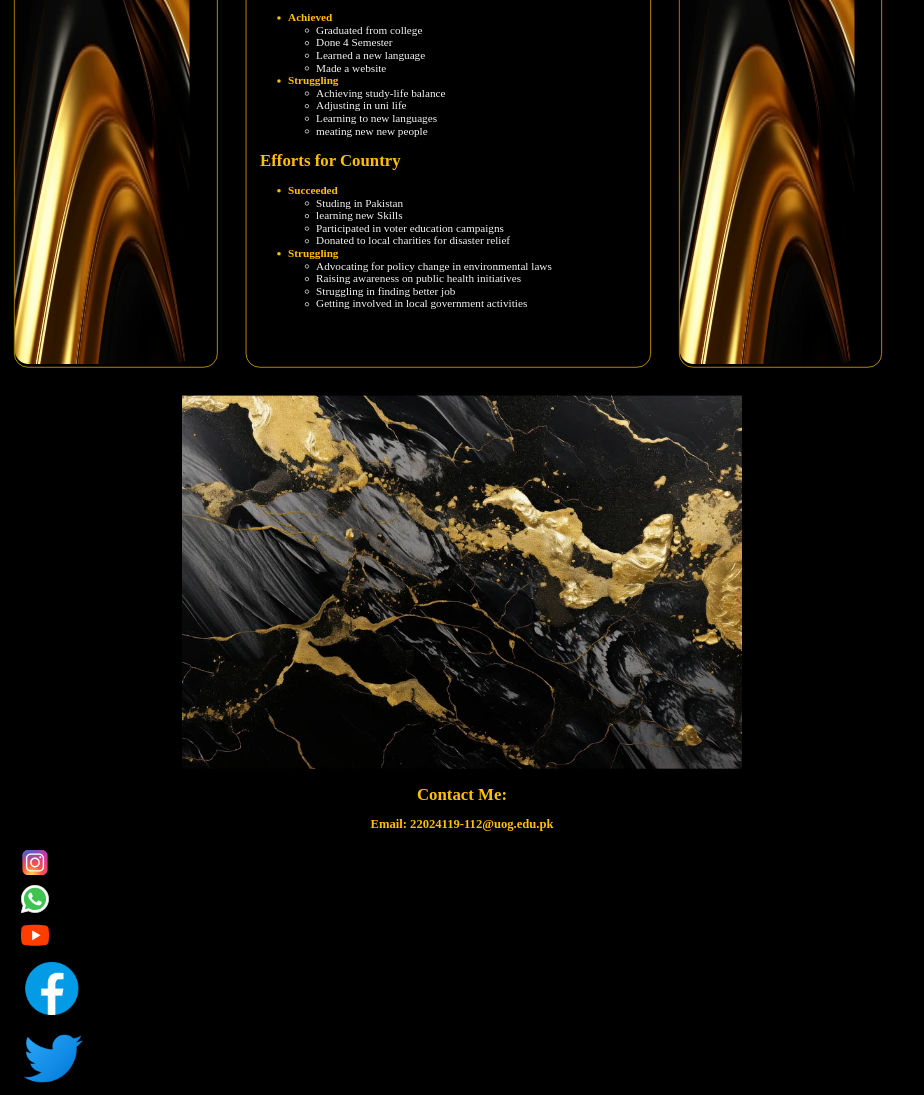
Repository: Fizza-112/project
Page: /
These files come from the project's save history. The page is drawn as it stood at one moment and after the next save; the edit follows.
The browser window is 1280 px wide. The page is 1320 px wide, so the pictures cover 1320 px, including what lies to the right of the window. The pictures show the part of the page from y = 1063 to 2943 px (the page is 2627 px tall before and 2943 px after), at 70% of full size.
The project was rebuilt for these pictures with package versions that can differ from the ones it lists, and the page was loaded fresh each time. Also part of the build but not shown: vite.config.ts.

Above is the page before, as saved 2024-09-20 13:30:41.

After the next save:
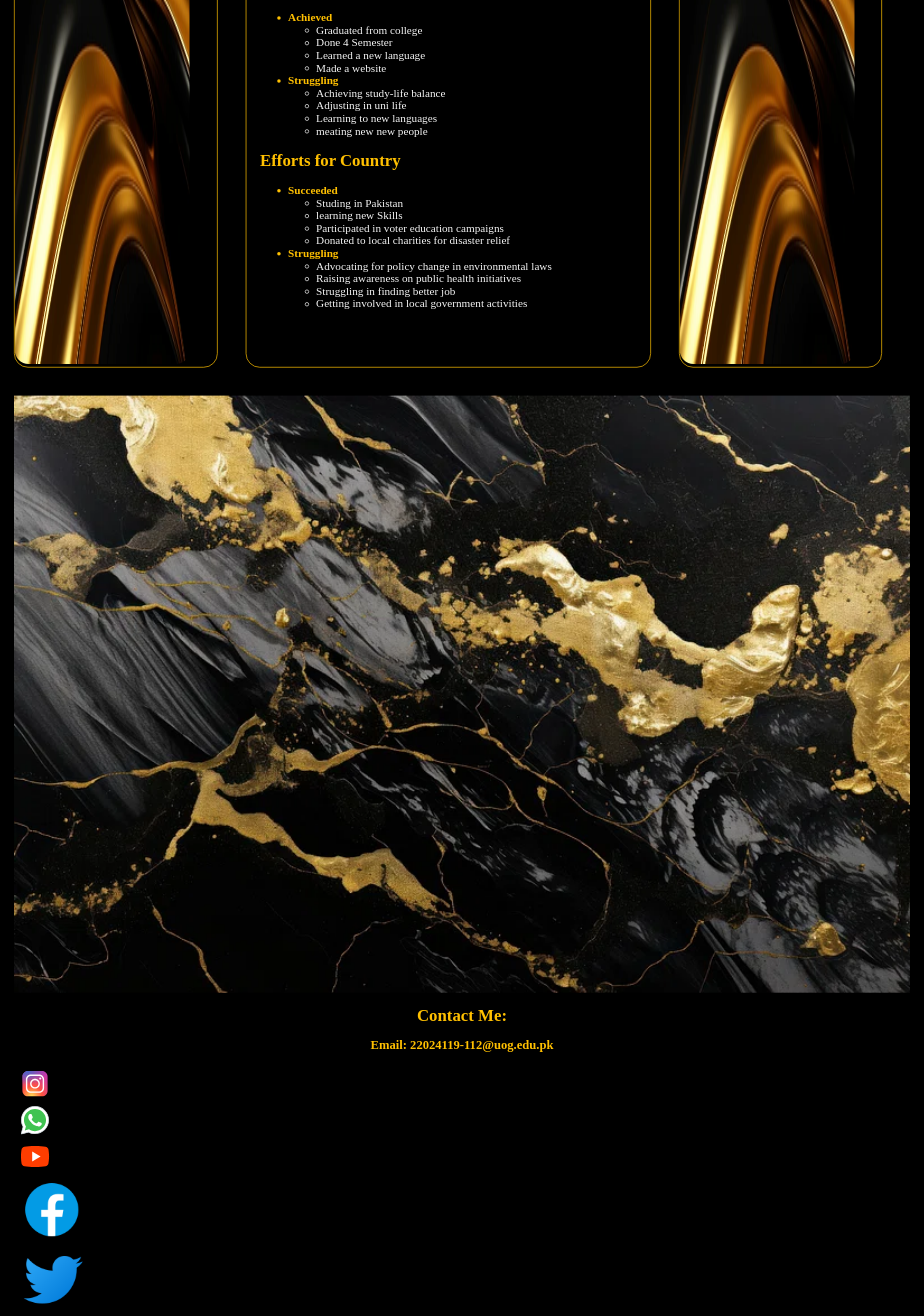
Saved 16 s later.
--- a/src/App.css
+++ b/src/App.css
@@ -246,7 +246,9 @@ background-image: linear-gradient(180deg, #05060f 10%,#001886   50%, #05060f 100
 }
 
 .footer-image{
-
+  width: 100%;
+  height: auto;
+  display: block;
 }
 
 .footer-heading{
